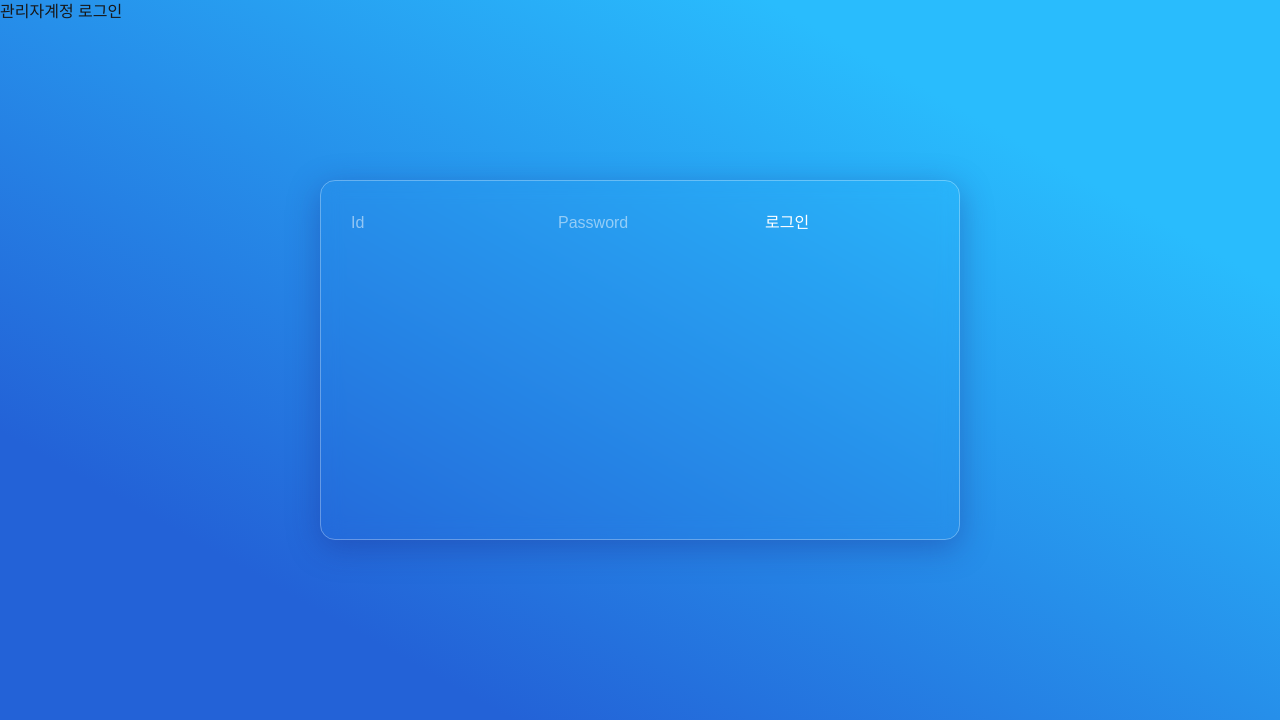
Repository: LEEYONGJUN3068/cms
Page: /login
These files come from the project's save history. The page is drawn as it stood at one moment and after the next save; the edit follows.
The browser window is 1280 px wide. The pictures show the whole page.
The page's requests for data from a server got no answer. The project was rebuilt for these pictures with package versions that can differ from the ones it lists, and the page was loaded fresh each time. The framework's server and built-in components were replaced by stand-ins that run in the browser. No one was signed in, and anything a server would have sent is missing. Also part of the build but not shown: next.config.mjs.

Above is the page before, as saved 2025-09-23 13:28:18.

### src/app/layout.js
import { Geist, Geist_Mono } from "next/font/google";
import "./globals.css";
import AppLoader from "@/components/AppLoader";

const geistSans = Geist({
  variable: "--font-geist-sans",
  subsets: ["latin"],
});

const geistMono = Geist_Mono({
  variable: "--font-geist-mono",
  subsets: ["latin"],
});

export const metadata = {
  title: "Create Next App",
  description: "Generated by create next app",
};

export default function RootLayout({ children }) {
  return (
    <html lang="en">
      <body
        className={`${geistSans.variable} ${geistMono.variable} antialiased`}
      >
        <AppLoader>{children}</AppLoader>
      </body>
    </html>
  );
}

### src/app/login/page.jsx
'use client'
import { useState } from 'react'
import { supabase } from '@/lib/supabaseClient'
import { useRouter } from 'next/navigation'
import styles from './login.module.scss'

export default function Login() {
  const [email,setEmail] = useState('')
  const [password,setPassword] = useState('')
  const router = useRouter()

  const handleLogin = async (e) => {
    e.preventDefault()
    const { data, error } = await supabase.auth.signInWithPassword({ email, password })
    if (error) alert(error.message)
    else router.push('/dashboard')
  }

  return (
    <div className={styles.loginContainer}>
      <h2>관리자계정 로그인</h2>
      <div className={styles.form}>
        <form onSubmit={handleLogin}>
          <input
            type="email"
            placeholder="Id"
            value={email}
            onChange={(e)=>setEmail(e.target.value)}
            required
          />
          <input
            type="password"
            placeholder="Password"
            value={password}
            onChange={(e)=>setPassword(e.target.value)}
            required
          />
          <button type="submit">로그인</button>
        </form>
      </div>
    </div>
  )
}

### src/components/AppLoader.jsx
"use client";

import { useState, useEffect } from "react";
import dynamic from 'next/dynamic'; // dynamic import 추가

// LoadingScreen 컴포넌트를 dynamic으로 불러오고, ssr을 false로 설정합니다.
// 이렇게 하면 이 컴포넌트는 오직 브라우저에서만 렌더링됩니다.
const LoadingScreen = dynamic(() => import('./LoadingScreen'), { ssr: false });

const AppLoader = ({ children }) => {
  const [loading, setLoading] = useState(true);

  useEffect(() => {
    const isFirstVisit = sessionStorage.getItem("isFirstVisit");

    if (isFirstVisit) {
      setLoading(false);
    } else {
      sessionStorage.setItem("isFirstVisit", "false");
      setTimeout(() => {
        setLoading(false);
      }, 3000);
    }
  }, []);

  return loading ? <LoadingScreen /> : <>{children}</>;
};

export default AppLoader;

### src/app/login/login.module.scss
.loginContainer{
    background: linear-gradient(to bottom left, #29bcfd 20%, #2362d7 80%);
    width: 100%;
    height: 100vh;

    .form{
        position: absolute;
        left: 50%;
        top: 50%;
        transform: translate(-50%, -50%);
        width: 50%;
        height: 50vh;
        backdrop-filter: blur(10px);
        -webkit-backdrop-filter: blur(10px); /* Safari 브라우저 지원 */
        border: 1px solid rgba(255, 255, 255, 0.3);
        box-shadow: 0 8px 32px 0 rgba(31, 38, 135, 0.37);
        border-radius: 15px;
        padding: 30px;
        color: white;
    }
}

### src/components/LoadingScreen.jsx
"use client";

// lottie-react에서 Player를 가져옵니다.
import { Player } from "@lottiefiles/react-lottie-player";

const LoadingScreen = () => {
  return (
    <div style={{
      position: 'fixed',
      top: 0,
      left: 0,
      width: '100%',
      height: '100%',
      backgroundColor: '#000',
      display: 'flex',
      flexDirection: 'column',
      justifyContent: 'center',
      alignItems: 'center',
      zIndex: 9999,
    }}>
        <p style={{
            fontSize: 'clamp(0px, 5vw, 32px)',
            fontWeight: 'bold',
        }}>
          포트폴리오 화면을 구성중입니다
        </p>
        <Player
          autoplay
          loop
          src="https://lottie.host/dfe9ce55-f0b7-4bb0-bcd2-241897b61dec/JhkEyDhSuU.json"
          style={{ width: 'clamp(0px, 50vw, 300px)', height: 'auto' }}
        />
    </div>
  );
};

export default LoadingScreen;

Loaded but not shown: src/app/globals.css (common file); src/lib/supabaseClient.js (common file)

After the next save:
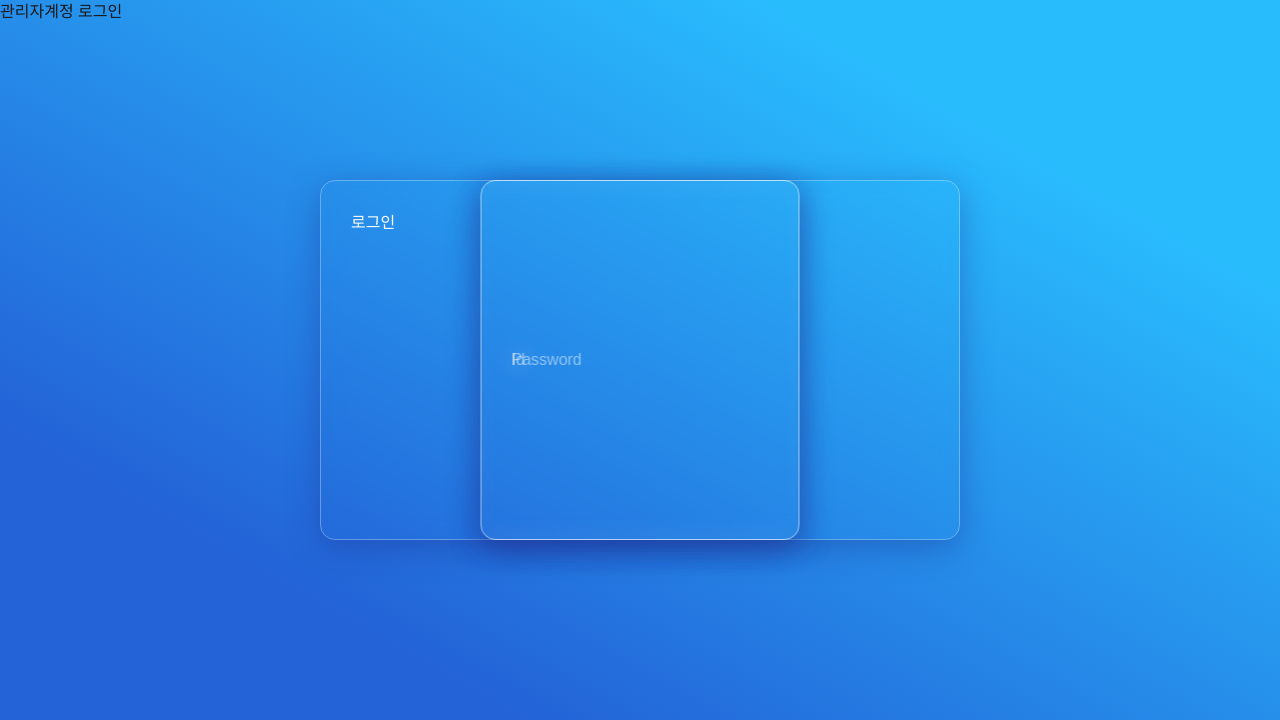
Saved 3 min 7 s later.
--- a/src/app/login/login.module.scss
+++ b/src/app/login/login.module.scss
@@ -17,5 +17,21 @@
         border-radius: 15px;
         padding: 30px;
         color: white;
+
+        input{
+            position: absolute;
+            left: 50%;
+            top: 50%;
+            transform: translate(-50%, -50%);
+            width: 50%;
+            height: 50vh;
+            backdrop-filter: blur(10px);
+            -webkit-backdrop-filter: blur(10px); /* Safari 브라우저 지원 */
+            border: 1px solid rgba(255, 255, 255, 0.3);
+            box-shadow: 0 8px 32px 0 rgba(31, 38, 135, 0.37);
+            border-radius: 15px;
+            padding: 30px;
+            color: white;
+        }
     }
 }
